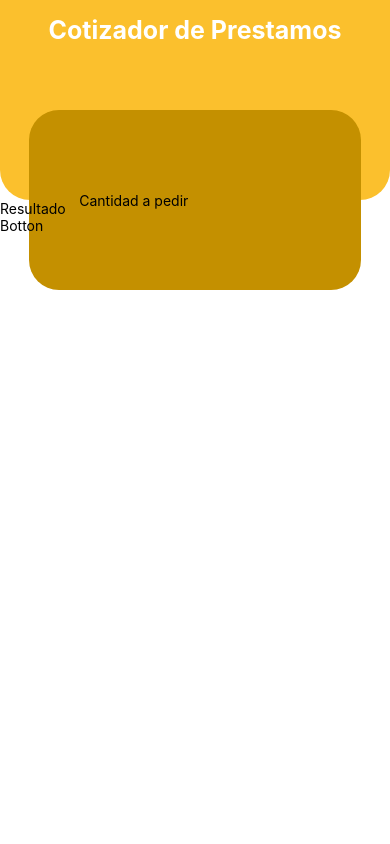
Repository: AleMicky/vagogo
Screen: /
An editor plug-in stored every save of this project. The screen is shown before and after the next save, followed by the edit.
The app was drawn by React Native's web renderer in a window 390 px wide. The project was rebuilt for these pictures with package versions that can differ from the ones it lists, and the page was loaded fresh each time.

Above is the screen before, as saved 2020-06-23 05:12:25.

### App.js
import React from 'react'
import { View, StyleSheet, Text, SafeAreaView, StatusBar } from 'react-native'
import color from './src/utils/color'
import Form from './src/components/Form'
export default function App() {
  return (
    <>
    <StatusBar barStyle="light-content"/>
      <SafeAreaView style={styles.sefaArea}>
        <Text style={styles.titlulo}>Cotizador de Prestamos</Text>
          <Form/>
      </SafeAreaView>
      <View>
        <Text>Resultado</Text>
      </View>
      <View>
        <Text>Botton</Text>
      </View>
      </>
  )
}

const styles = StyleSheet.create({
  sefaArea:{
    backgroundColor: color.PRIMARY_COLOR,
    height:200,
    borderBottomLeftRadius:30,
    borderBottomRightRadius:30,
    alignItems:'center'
  },
  titlulo:{
    fontSize:25,
    fontWeight:'bold',
    color:'#fff',
    marginTop:15
  }
})

### src/utils/color.js

export default {
    PRIMARY_COLOR : '#fbc02d',
    PRIMARY_COLOR_DARK : '#c49000'
}

### src/components/Form.js
import React from 'react'
import { View, StyleSheet, TextInput } from 'react-native'
import color from '../utils/color'

export default function Form() {
    return (
        <View style={styles.viewForm}>
            <View>
                <TextInput placeholder='Cantidad a pedir'/>
            </View>
        </View>
    )
}
const styles = StyleSheet.create({
    viewForm:{
        position:'absolute',
        bottom:-90,
        width:'85%',
        paddingHorizontal:50,
        backgroundColor:color.PRIMARY_COLOR_DARK,
        borderRadius:30,
        height:180,
        justifyContent:'center'
    },
    viewInput:{

    }
})

After the next save:
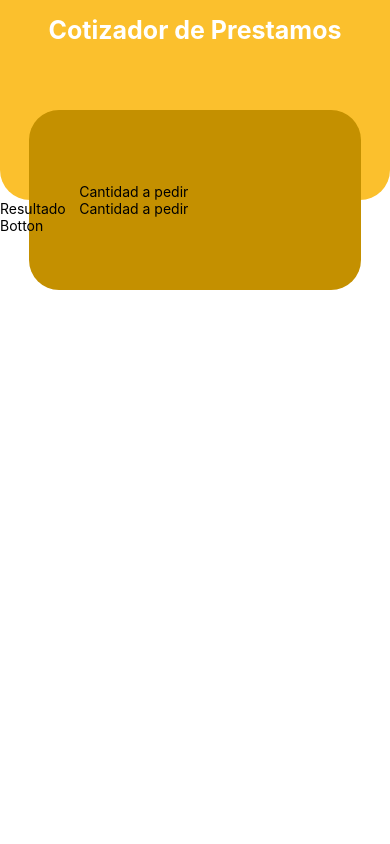
Saved 79 s later.
--- a/src/components/Form.js
+++ b/src/components/Form.js
@@ -6,6 +6,7 @@ export default function Form() {
     return (
         <View style={styles.viewForm}>
             <View>
+                <TextInput placeholder='Cantidad a pedir'/>
                 <TextInput placeholder='Cantidad a pedir'/>
             </View>
         </View>
@@ -23,6 +24,7 @@ const styles = StyleSheet.create({
         justifyContent:'center'
     },
     viewInput:{
+        flexDirection:'row',
 
     }
 })
